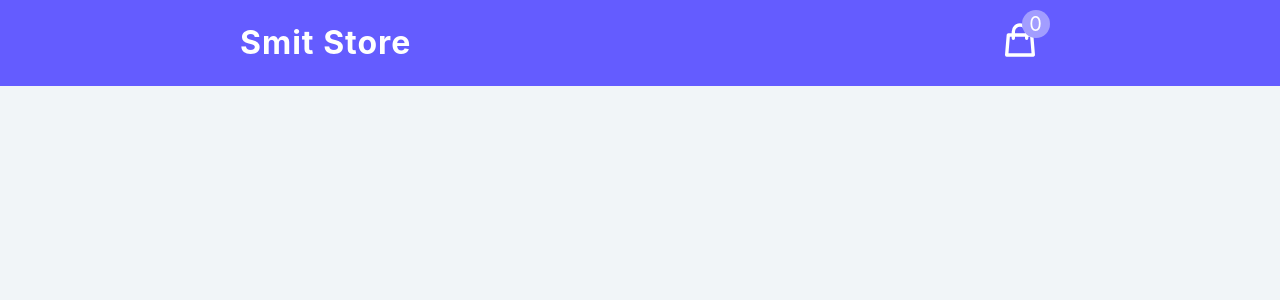
Repository: smit1298/Redux-Toolkit-Add-to-Cart
Page: /
The author's editor kept a copy of each file at every save. The page is drawn from the files as they stood at one save, then again after a run of saves.
The browser window is 1280 px wide. The pictures show the whole page.
The project was rebuilt for these pictures with package versions that can differ from the ones it lists, and the page was loaded fresh each time.

Above is the page before, as saved 2022-11-14 14:36:59.

### src/index.js
import React from "react";
import ReactDOM from "react-dom";
import "./index.css";
import App from "./App";
import { Provider } from "react-redux";
import { store } from "./store"

ReactDOM.render(
  <React.StrictMode>
    <Provider store={store}>
      <App />
    </Provider>
  </React.StrictMode>,
  document.getElementById("root")
);

### src/App.js
import Navbar from "./components/Navbar";

function App() {
  return (
    <main>
      <Navbar />
    </main>
  );
}
export default App;

### src/store.js
import {configureStore} from '@reduxjs/toolkit';
import cartReducer from './features/cart/cartSlice'

export const store = configureStore({
    reducer: {
        cart: cartReducer,

    },
})

### src/components/Navbar.js
import { CartIcon, Testing } from "../icons";
import { useSelector } from "react-redux";

const Navbar = () => {
  const {amount} = useSelector((store) => store.cart);
  return (
    <nav>
      <div className="nav-center">
        <h3>smit store</h3>
        <div className="nav-container">
          <CartIcon />
          <div className="amount-container">
            <p className="total-amount">{amount}</p>
          </div>
        </div>
      </div>
    </nav>
  );
};

export default Navbar;

### src/features/cart/cartSlice.js
import { createSlice } from "@reduxjs/toolkit";

const initialState = {
  cartitems: [],
  amount: 0,
  total: 0,
  isLoading: true,
};

const cartSlice = createSlice({
  name: "cart",
  initialState,
});

// console.log(cartSlice);
export default cartSlice.reducer

### src/icons.js
export const CartIcon = () => {
  return (
    <svg
      xmlns="http://www.w3.org/2000/svg"
      className="h-6 w-6 "
      fill="none"
      viewBox="0 0 24 24"
      stroke="currentColor"
      strokeWidth={2}
    >
      <path
        strokeLinecap="round"
        strokeLinejoin="round"
        d="M16 11V7a4 4 0 00-8 0v4M5 9h14l1 12H4L5 9z"
      />
    </svg>
  );
};

export const ChevronDown = () => {
  return (
    <svg
      xmlns="http://www.w3.org/2000/svg"
      className="h-6 w-6"
      fill="none"
      viewBox="0 0 24 24"
      stroke="currentColor"
      strokeWidth={2}
    >
      <path strokeLinecap="round" strokeLinejoin="round" d="M19 9l-7 7-7-7" />
    </svg>
  );
};

export const ChevronUp = () => {
  return (
    <svg
      xmlns="http://www.w3.org/2000/svg"
      className="h-6 w-6"
      fill="none"
      viewBox="0 0 24 24"
      stroke="currentColor"
      strokeWidth={2}
    >
      <path strokeLinecap="round" strokeLinejoin="round" d="M5 15l7-7 7 7" />
    </svg>
  );
};
export const Testing = () => (
  <svg
    xmlns="http://www.w3.org/2000/svg"
    fill="none"
    viewBox="0 0 24 24"
    strokeWidth={1.5}
    stroke="currentColor"
    className="w-6 h-6"
  >
    <path
      strokeLinecap="round"
      strokeLinejoin="round"
      d="M2.25 18.75a60.07 60.07 0 0115.797 2.101c.727.198 1.453-.342 1.453-1.096V18.75M3.75 4.5v.75A.75.75 0 013 6h-.75m0 0v-.375c0-.621.504-1.125 1.125-1.125H20.25M2.25 6v9m18-10.5v.75c0 .414.336.75.75.75h.75m-1.5-1.5h.375c.621 0 1.125.504 1.125 1.125v9.75c0 .621-.504 1.125-1.125 1.125h-.375m1.5-1.5H21a.75.75 0 00-.75.75v.75m0 0H3.75m0 0h-.375a1.125 1.125 0 01-1.125-1.125V15m1.5 1.5v-.75A.75.75 0 003 15h-.75M15 10.5a3 3 0 11-6 0 3 3 0 016 0zm3 0h.008v.008H18V10.5zm-12 0h.008v.008H6V10.5z"
    />
  </svg>
);

Loaded but not shown: public/index.html (common file); src/index.css (common file)

After the next 3 saves:
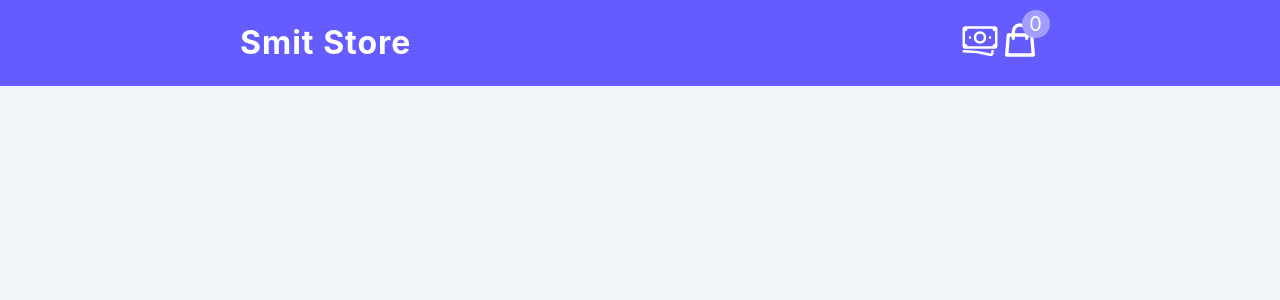
The 3 saves are shown as one change because they came seconds apart.
The last was saved 15 s later.
--- a/src/components/Navbar.js
+++ b/src/components/Navbar.js
@@ -8,6 +8,7 @@
       <div className="nav-center">
         <h3>smit store</h3>
         <div className="nav-container">
+        <Testing></Testing>
           <CartIcon />
           <div className="amount-container">
             <p className="total-amount">{amount}</p>
